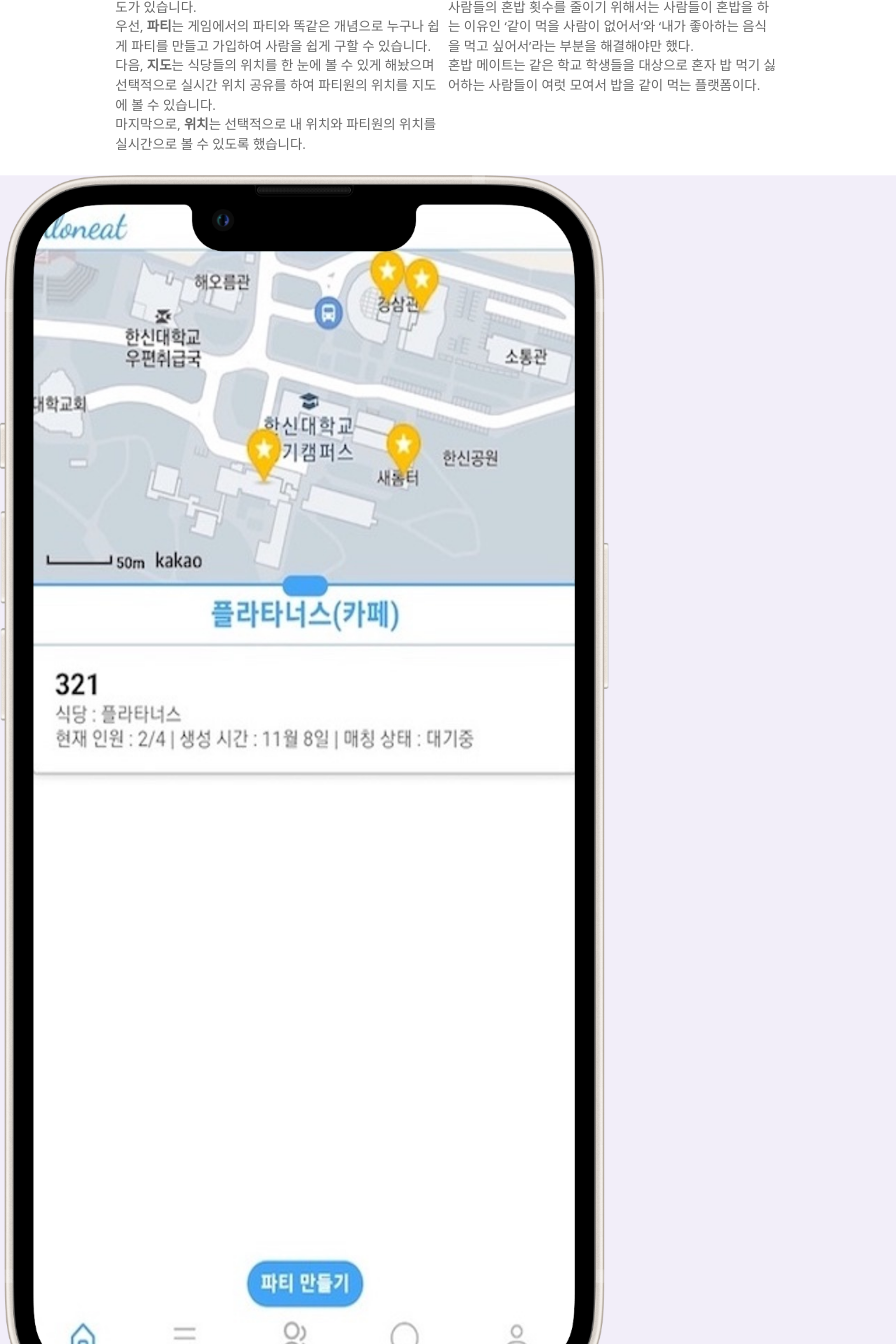
Repository: SeungYn/capstonIntroPage
Page: index.html
The author's editor kept a copy of each file at every save. The page is drawn from the files as they stood at one save, then again after the next save.
The browser window is 1280 px wide. The pictures show the part of the page from y = 999 to 2919 px (the page is 3885 px tall before and 1540 px after), at 70% of full size.

Above is the page before, as saved 2022-11-10 03:40:19.

After the next save:
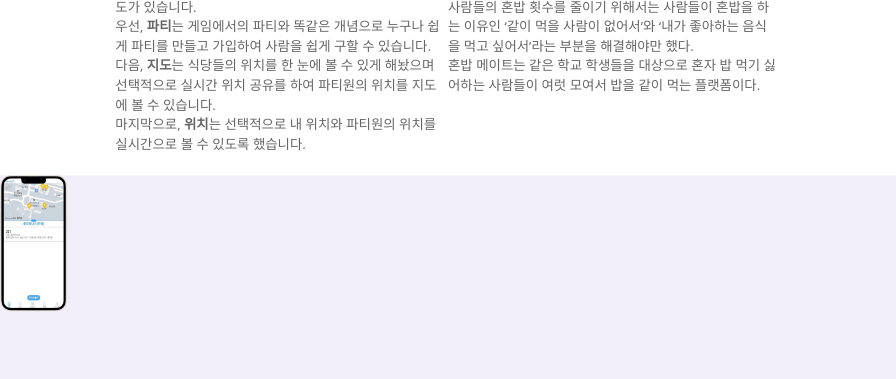
Saved 12 s later.
--- a/style.css
+++ b/style.css
@@ -190,4 +190,5 @@
 
 .map-homeImg {
   grid-area: a;
+  width: 6rem;
 }
